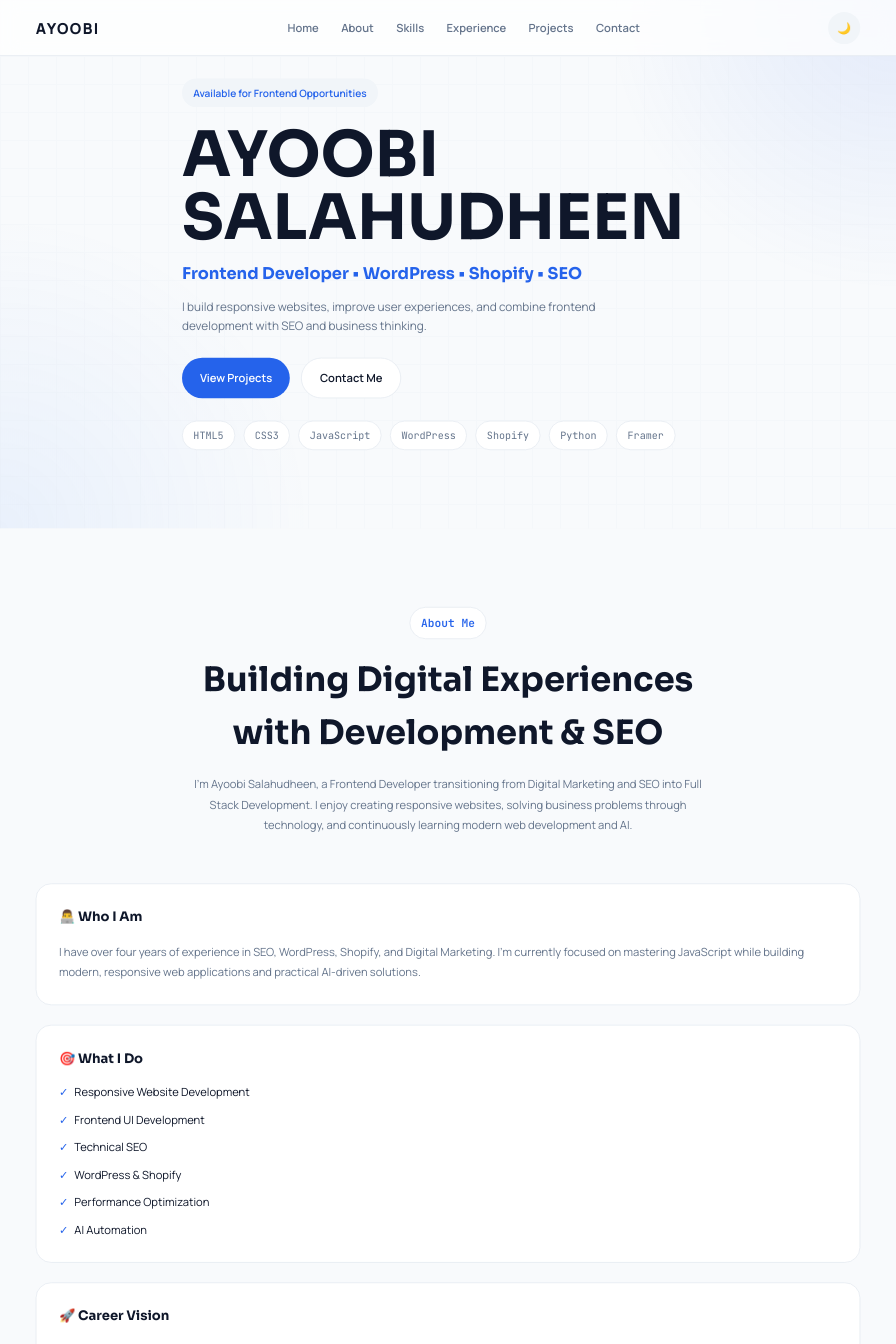
Repository: Aybscoder/portfolio
Page: index.html
An editor plug-in stored every save of this project. The page is shown before and after the next save, followed by the edit.
The browser window is 1280 px wide. The pictures show the part of the page from y = 0 to 1920 px (the page is 8389 px tall), at 70% of full size.

Above is the page before, as saved 2026-07-10 12:55:55.
Console error: TypeError: Cannot read properties of null (reading 'addEventListener')

After the next save:
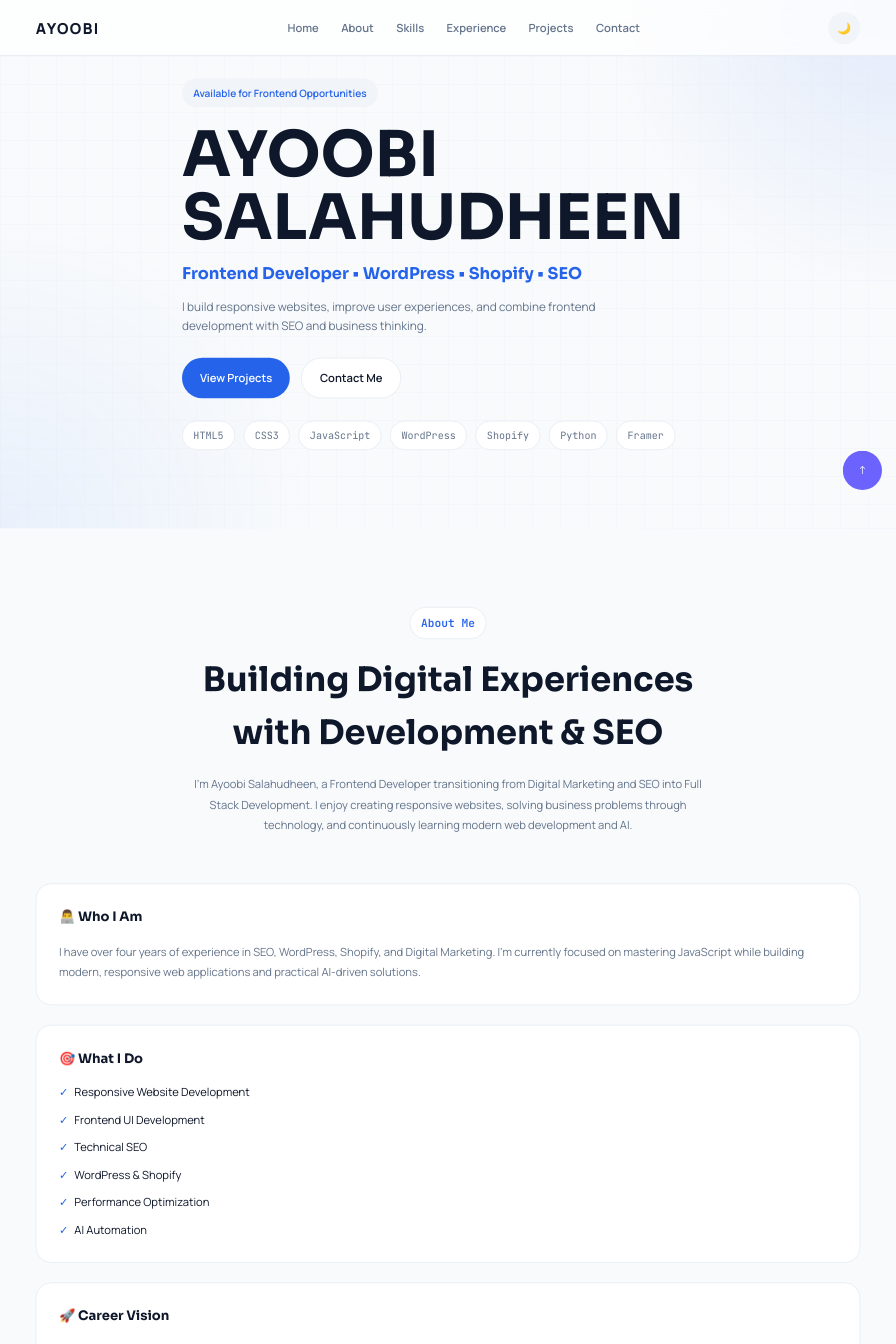
Saved 3 min 7 s later.
--- a/css/components.css
+++ b/css/components.css
@@ -174,39 +174,20 @@ body.dark #header{
     box-shadow:var(--shadow);
 }
 #scrollTopBtn{
+    position: fixed;
+    right: 20px;
+    bottom: 20px;
+    width: 56px;
+    height: 56px;
+    background: #6C63FF;
+    color: white;
+    border: none;
+    border-radius: 50%;
+    cursor: pointer;
+    z-index: 9999;
 
-    position:fixed;
+    display: flex;
 
-    right:30px;
-
-    bottom:30px;
-
-    width:52px;
-
-    height:52px;
-
-    border:none;
-
-    border-radius:50%;
-
-    background:var(--primary);
-
-    color:#fff;
-
-    font-size:22px;
-
-    cursor:pointer;
-
-    display:none;
-
-    z-index:999;
-
-    transition:.3s;
-
+    justify-content: center;
+    align-items: center;
 }
-
-#scrollTopBtn:hover{
-
-    transform:translateY(-6px);
-
-}
